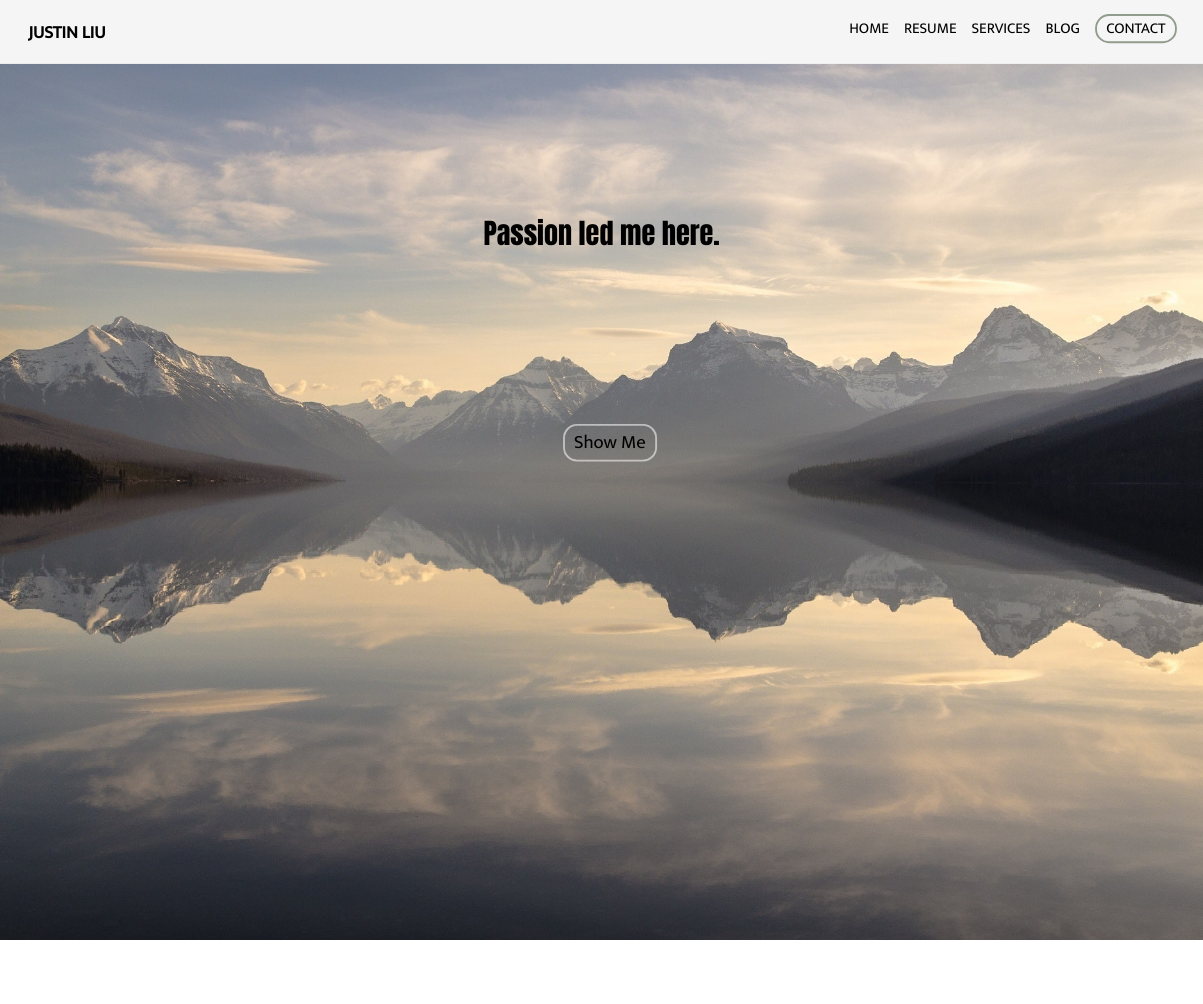
Repository: justinliu88/personal-projects
Page: index.html
An editor plug-in stored every save of this project. The page is shown before and after the next save, followed by the edit.
The browser window is 1280 px wide. The pictures show the whole page, at 94% of full size.
Some web libraries are served in a nearby version. The style sheet was rebuilt from its Sass, Less or Tailwind sources for each picture, by a compiler version that may differ from the author's.

Above is the page before, as saved 2020-03-17 12:21:03.

After the next save:
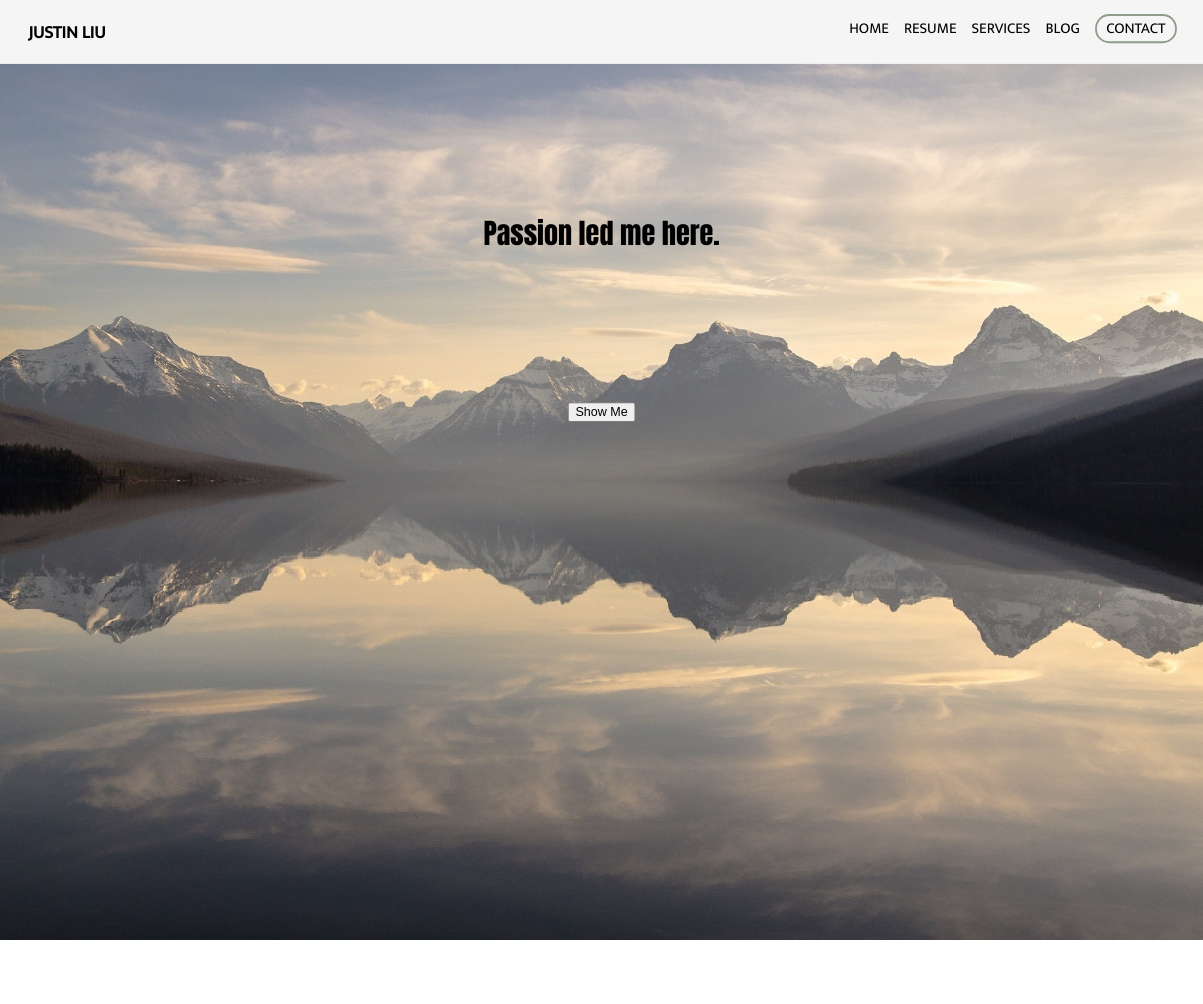
Saved 54 s later.
--- a/main.scss
+++ b/main.scss
@@ -71,71 +71,66 @@ body {
         align-items: center;
     }
     &__button button {
-        font-family: Mukta;
-        font-size: 20px;
-        background-color: Transparent;
-        background-repeat: no-repeat;
-        border: 2px solid rgba(255, 255, 255, 0.548);
-        border-radius: 15px;
-        padding-left: 10px;
-        padding-right: 10px;
-        cursor: pointer;
-        overflow: hidden;
-        outline: white;
+        // font-family: Mukta;
+        // font-size: 20px;
+        // background-color: Transparent;
+        // background-repeat: no-repeat;
+        // border: 2px solid rgba(255, 255, 255, 0.548);
+        // border-radius: 15px;
+        // padding-left: 10px;
+        // padding-right: 10px;
+        // cursor: pointer;
+        // overflow: hidden;
+        // outline: white;
+        .container-slogan__button {
+            position: relative;
+            padding: 1.4rem 4.2rem;
+            padding-right: 3.1rem;
+            font-size: 1.4rem;
+            color: var(--inv);
+            letter-spacing: 1.1rem;
+            text-transform: uppercase;
+            transition: all 600ms cubic-bezier(0.77, 0, 0.175, 1);
+            cursor: pointer;
+            user-select: none;
+            &:before,
+            &:after {
+                content: '';
+                position: absolute;
+                transition: inherit;
+                z-index: -1;
+            }
+            &:hover {
+                color: var(--def);
+                transition-delay: .6s;
+            }
+            &:hover:before {
+                transition-delay: 0s;
+            }
+            &:hover:before {
+                background: var(--inv);
+                transition-delay: .4s;
+            }
+        }
+        .from-top:before,
+        .from-top:after {
+            left: 0;
+            height: 0;
+            width: 100%;
+        }
+        .from-top:before {
+            bottom: 0;
+            border: 1px solid var(--inv);
+            border-top: 0;
+            border-bottom: 0;
+        }
+        .from-top:after {
+            top: 0;
+            height: 0;
+        }
+        .from-top:hover:before,
+        .from-top:hover:after {
+            height: 100%;
+        }
     }
 }
-
-.container-slogan__button {
-    position: relative;
-    padding: 1.4rem 4.2rem;
-    padding-right: 3.1rem;
-    font-size: 1.4rem;
-    color: var(--inv);
-    letter-spacing: 1.1rem;
-    text-transform: uppercase;
-    transition: all 600ms cubic-bezier(0.77, 0, 0.175, 1);
-    cursor: pointer;
-    user-select: none;
-    &:before,
-    &:after {
-        content: '';
-        position: absolute;
-        transition: inherit;
-        z-index: -1;
-    }
-    &:hover {
-        color: var(--def);
-        transition-delay: .6s;
-    }
-    &:hover:before {
-        transition-delay: 0s;
-    }
-    &:hover:before {
-        background: var(--inv);
-        transition-delay: .4s;
-    }
-}
-
-.from-top:before,
-.from-top:after {
-    left: 0;
-    height: 0;
-    width: 100%;
-}
-
-.from-top:before {
-    bottom: 0;
-    border: 1px solid var(--inv);
-    border-top: 0;
-    border-bottom: 0;
-}
-
-.from-top:after {
-    top: 0;
-    height: 0;
-}
-
-.from-top:hover:before,
-.from-top:hover:after {
-    height: 100%;
-}
